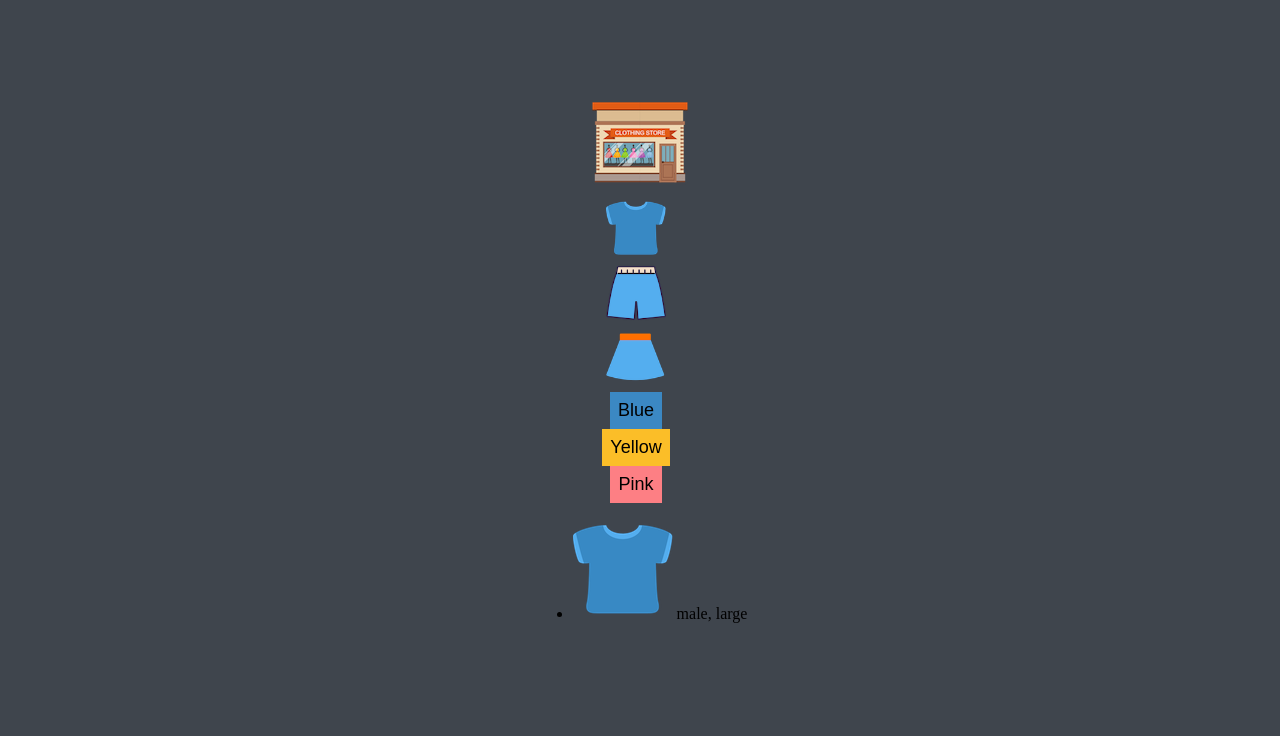
Repository: GoodHoneyCake/Dream_Coding_Academy1
Page: index.html
These files come from the project's save history. The page is drawn as it stood at one moment and after the next save; the edit follows.
The browser window is 1280 px wide. The pictures show the whole page.

Above is the page before, as saved 2021-01-06 16:23:39.

After the next save:
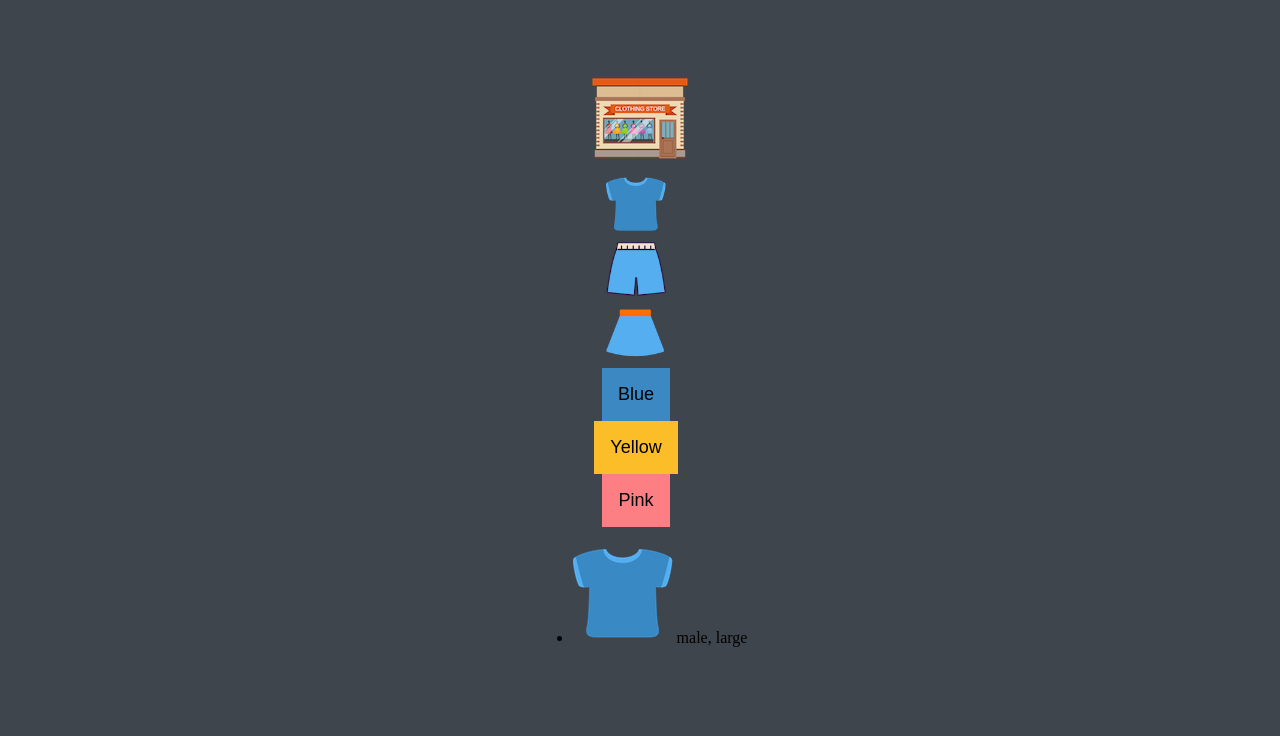
Saved 21 s later.
--- a/style.css
+++ b/style.css
@@ -60,7 +60,7 @@ body {
 
 .colorBtn {
   font-size: var(--button-font-size);
-  padding: var(--base-space);
+  padding: calc(var(--base-space) * 2);
 }
 
 .blue {
